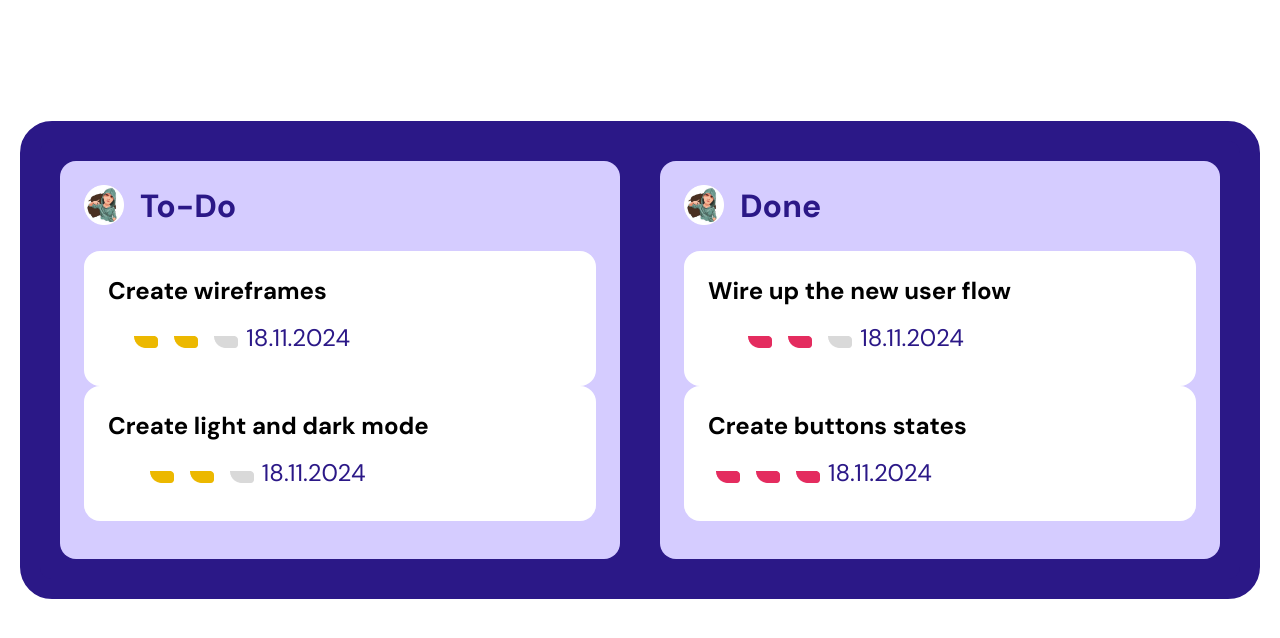
Repository: VitasYo/Kanban
Page: index.html
These files come from the project's save history. The page is drawn as it stood at one moment and after the next save; the edit follows.
The browser window is 1280 px wide. The pictures show the whole page.

Above is the page before, as saved 2024-04-15 20:07:07.

After the next save:
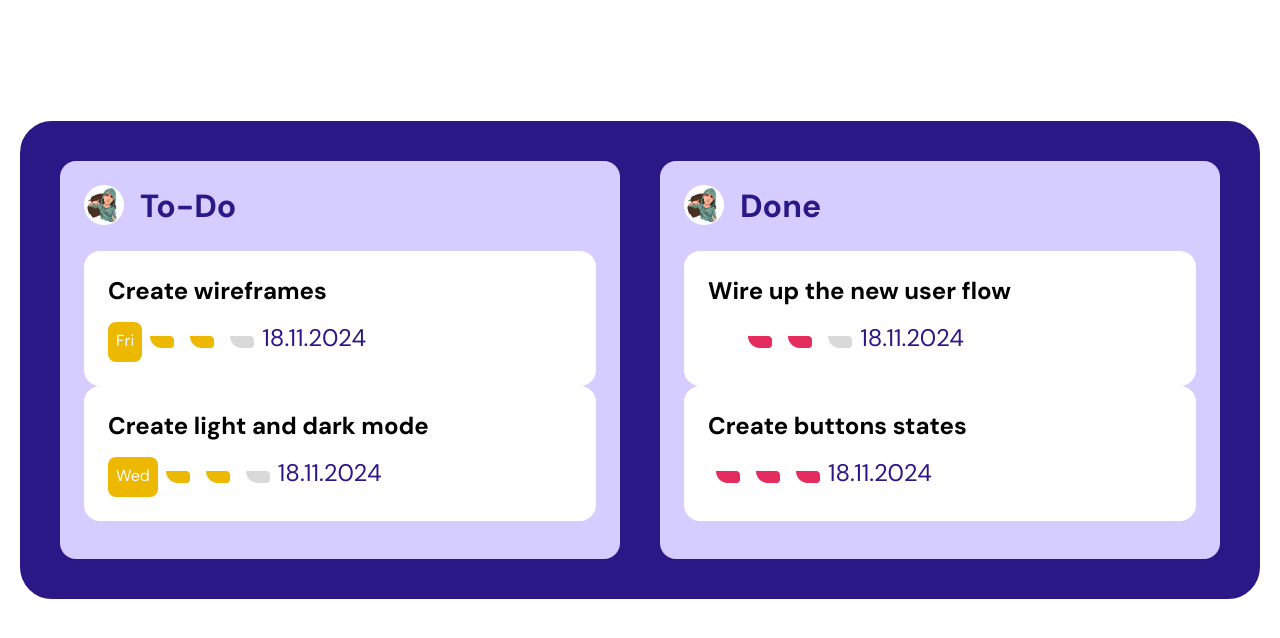
Saved 4 s later.
--- a/src/assets/css/component/_kanban.css
+++ b/src/assets/css/component/_kanban.css
@@ -51,7 +51,7 @@
     display: flex;
 }
 
-.card_pin_ {
+.card_pin_yel {
     padding: 8px;
     border-radius: 8px;
     background-color: #ECB800;
